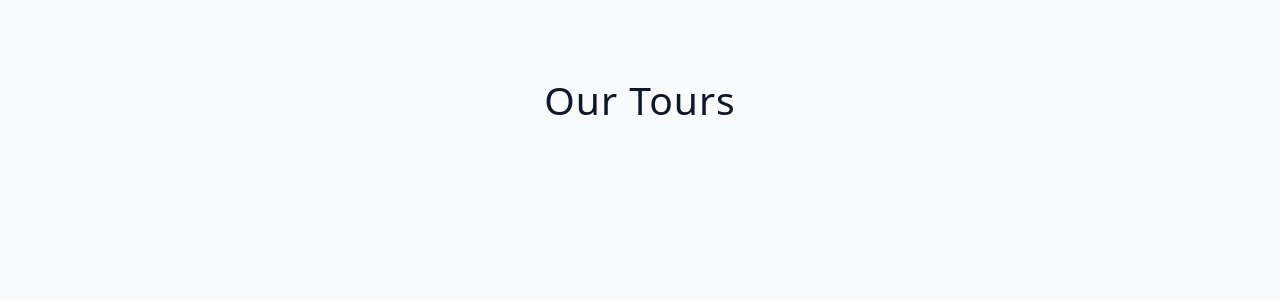
Repository: dydals3440/React-Projects
Page: / (app in 04-fundamental-projects/02-tours/starter/)
The author's editor kept a copy of each file at every save. The page is drawn from the files as they stood at one save, then again after a run of saves.
The browser window is 1280 px wide. The pictures show the whole page.
The page's requests for data from a server got no answer. The project was rebuilt for these pictures with package versions that can differ from the ones it lists, and the page was loaded fresh each time. No one was signed in, and anything a server would have sent is missing. Also part of the build but not shown: 04-fundamental-projects/02-tours/starter/vite.config.js.

Above is the page before, as saved 2023-09-02 22:55:29.

### 04-fundamental-projects/02-tours/starter/src/App.jsx
import { useEffect } from 'react';
import { useState } from 'react';
import Loading from './Loading';
import Tours from './Tours';

const url = 'https://course-api.com/react-tours-project';

const App = () => {
  const [isLoading, setIsLoading] = useState(true);
  const [tours, setTours] = useState([]);

  const fetchTours = async () => {
    setIsLoading(true);
    try {
      const response = await fetch(url);
      const tours = await response.json();
      setTours(tours);
    } catch (error) {
      console.log(error);
    }
    setIsLoading(false);
  };

  useEffect(() => {
    fetchTours();
  }, []);

  if (isLoading) {
    return (
      <main>
        <Loading />
      </main>
    );
  }
  // TODO

  return (
    <main>
      <Tours tours={tours} />
    </main>
  );
};
export default App;

### 04-fundamental-projects/02-tours/starter/src/Loading.jsx
import React from 'react';

export default function Loading() {
  return <div className='loading'></div>;
}

### 04-fundamental-projects/02-tours/starter/src/Tours.jsx
import React from 'react';

export default function Tours({ tours }) {
  console.log(tours);
  return (
    <section>
      <div className='title'>
        <h2>our Tours</h2>
      </div>
    </section>
  );
}

Loaded but not shown: 04-fundamental-projects/02-tours/starter/index.html (common file); 04-fundamental-projects/02-tours/starter/src/main.jsx (common file); 04-fundamental-projects/02-tours/starter/src/index.css (common file)

After the next 2 saves:
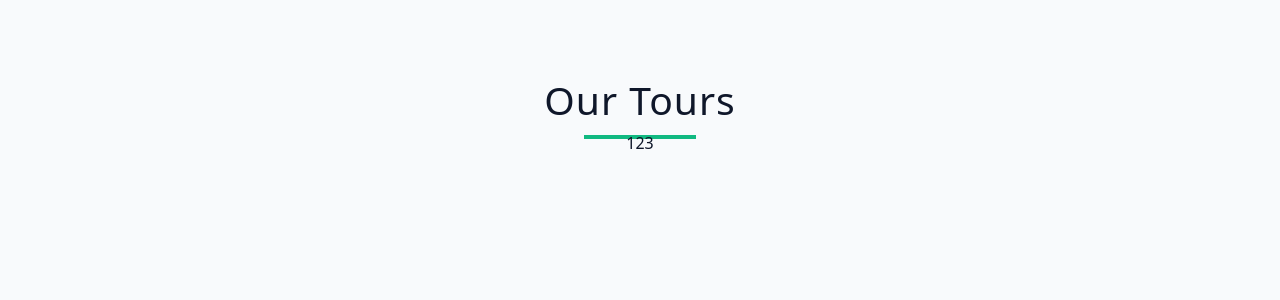
The 2 saves are shown as one change because they came seconds apart.
The last was saved 10 s later.
--- a/04-fundamental-projects/02-tours/starter/src/Tours.jsx
+++ b/04-fundamental-projects/02-tours/starter/src/Tours.jsx
@@ -6,6 +6,7 @@ export default function Tours({ tours }) {
     <section>
       <div className='title'>
         <h2>our Tours</h2>
+        <div className='title-underline'>123</div>
       </div>
     </section>
   );
